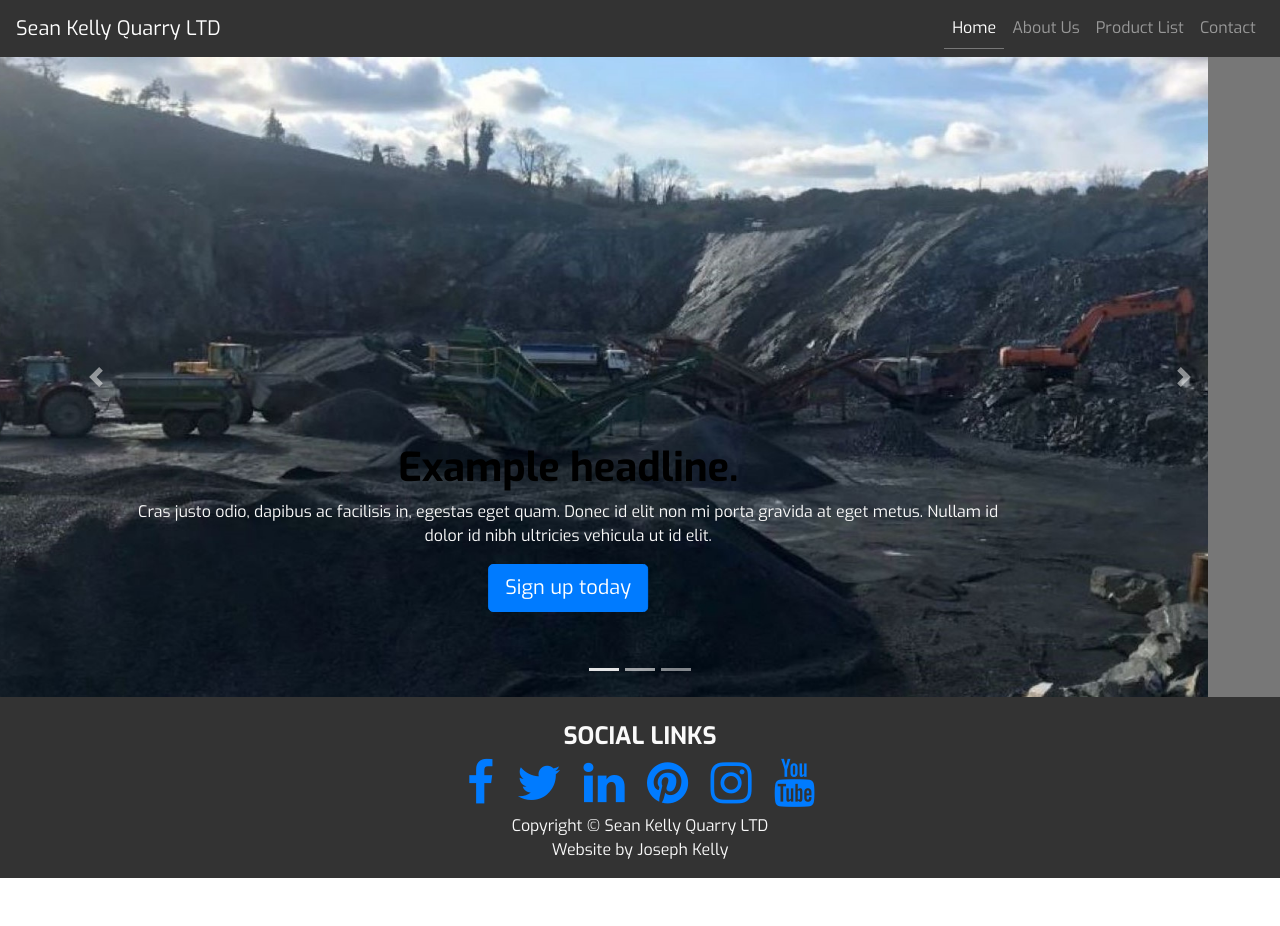
Repository: Code-Institute-Submissions/Sean-Kelly-Quarry
Page: index.html
The author's editor kept a record of every edit. The page is drawn from the files as they stood at one moment, then again after the next edit.
The browser window is 1280 px wide. The pictures show the whole page.

Above is the page before.

### index.html
<!DOCTYPE html>
<html lang="en">
<head>
    <meta charset="UTF-8">
    <meta name="viewport" content="width=device-width, initial-scale=1.0">
    <meta http-equiv="X-UA-Compatible" content="ie=edge">
    <link rel="stylesheet" href="https://stackpath.bootstrapcdn.com/bootstrap/4.4.1/css/bootstrap.min.css" type="text/css" />
    <link rel="stylesheet" href="https://stackpath.bootstrapcdn.com/font-awesome/4.7.0/css/font-awesome.min.css" type="text/css" />
    <link rel="stylesheet" href="assets/css/style.css" type="text/css" />
    <title>Sean Kelly Quarry</title>
</head>
<body>
    <header>            <!-- Navbar taken from bootstap -->
        <nav class="navbar navbar-expand-md navbar-dark navbar-custom">
            <a class="navbar-brand" href="#">Sean Kelly Quarry LTD</a>
                <button class="navbar-toggler" type="button" data-toggle="collapse" data-target="#navbarNav" aria-controls="navbarNav" aria-expanded="false" aria-label="Toggle navigation">
                <span class="navbar-toggler-icon"></span>
                </button>
            <div class="collapse navbar-collapse text-right" id="navbarNav">
                <ul class="navbar-nav ml-auto">
                    <li class="nav-item active">
                    <a class="nav-link" href="index.html">Home</a>
                    </li>
                    <li class="nav-item">
                    <a class="nav-link" href="about.html">About Us</a>
                    </li>
                    <li class="nav-item">
                    <a class="nav-link" href="product-list.html">Product List</a>
                    </li>
                    <li class="nav-item">
                    <a class="nav-link" href="contact.html">Contact</a>
                    </li>
                </ul>
            </div>
        </nav>
    </header>
        <div id="myCarousel" class="carousel slide" data-ride="carousel">
            <ol class="carousel-indicators">
              <li data-target="#myCarousel" data-slide-to="0" class="active"></li>
              <li data-target="#myCarousel" data-slide-to="1"></li>
              <li data-target="#myCarousel" data-slide-to="2"></li>
            </ol>
            <div class="carousel-inner">
              <div class="carousel-item active">
                <img src="assets/images/quarry.jpg"/>
                <div class="container">
                  <div class="carousel-caption text-left">
                    <h1>Example headline.</h1>
                    <p>Cras justo odio, dapibus ac facilisis in, egestas eget quam. Donec id elit non mi porta gravida at eget metus. Nullam id dolor id nibh ultricies vehicula ut id elit.</p>
                    <p><a class="btn btn-lg btn-primary" href="#" role="button">Sign up today</a></p>
                  </div>
                </div>
              </div>
              <div class="carousel-item">
                <svg class="bd-placeholder-img" width="100%" height="100%" xmlns="http://www.w3.org/2000/svg" preserveAspectRatio="xMidYMid slice" focusable="false" role="img"><rect width="100%" height="100%" fill="#777"/></svg>
                <div class="container">
                  <div class="carousel-caption">
                    <h1>Another example headline.</h1>
                    <p>Cras justo odio, dapibus ac facilisis in, egestas eget quam. Donec id elit non mi porta gravida at eget metus. Nullam id dolor id nibh ultricies vehicula ut id elit.</p>
                    <p><a class="btn btn-lg btn-primary" href="#" role="button">Learn more</a></p>
                  </div>
                </div>
              </div>
              <div class="carousel-item">
                <svg class="bd-placeholder-img" width="100%" height="100%" xmlns="http://www.w3.org/2000/svg" preserveAspectRatio="xMidYMid slice" focusable="false" role="img"><rect width="100%" height="100%" fill="#777"/></svg>
                <div class="container">
                  <div class="carousel-caption text-right">
                    <h1>One more for good measure.</h1>
                    <p>Cras justo odio, dapibus ac facilisis in, egestas eget quam. Donec id elit non mi porta gravida at eget metus. Nullam id dolor id nibh ultricies vehicula ut id elit.</p>
                    <p><a class="btn btn-lg btn-primary" href="#" role="button">Browse gallery</a></p>
                  </div>
                </div>
              </div>
            </div>
            <a class="carousel-control-prev" href="#myCarousel" role="button" data-slide="prev">
              <span class="carousel-control-prev-icon" aria-hidden="true"></span>
              <span class="sr-only">Previous</span>
            </a>
            <a class="carousel-control-next" href="#myCarousel" role="button" data-slide="next">
              <span class="carousel-control-next-icon" aria-hidden="true"></span>
              <span class="sr-only">Next</span>
            </a>
          </div>

    <footer class="container-fluid">               <!-- Footer inspired by UCD resume mini project with code insitute -->
        <div id="footer-details" class="row">
            <div class="col-sm">
                <h4 class="uppercase footer-info">Social Links</h4>
                <ul class="list-inline social-links">
                    <li class="list-inline-item">
                        <a target="_blank" href="#">
                            <i class="fa fa-facebook fa-3x" aria-hidden="true"></i>
                            <span class="sr-only">Facebook</span>
                        </a>
                    </li>
                    <li class="list-inline-item">
                        <a target="_blank" href="#">
                            <i class="fa fa-twitter fa-3x" aria-hidden="true"></i>
                            <span class="sr-only">Twitter</span>
                        </a>
                    </li>
                    <li class="list-inline-item">
                        <a target="_blank" href="#">
                            <i class="fa fa-linkedin fa-3x" aria-hidden="true"></i>
                            <span class="sr-only">LinkedIn</span>
                        </a>
                    </li>
                    <li class="list-inline-item">
                        <a target="_blank" href="#">
                            <i class="fa fa-pinterest fa-3x" aria-hidden="true"></i>
                            <span class="sr-only">pinterest</span>
                        </a>
                    </li>
                    <li class="list-inline-item">
                        <a target="_blank" href="#">
                            <i class="fa fa-instagram fa-3x" aria-hidden="true"></i>
                            <span class="sr-only">Instagram</span>
                        </a>
                    </li>
                    <li class="list-inline-item">
                        <a target="_blank" href="#">
                            <i class="fa fa-youtube fa-3x" aria-hidden="true"></i>
                            <span class="sr-only">Youtube</span>
                        </a>
                    </li>
                    <p class="copyright">Copyright &#169; Sean Kelly Quarry LTD</p>
                    <p>Website by Joseph Kelly</p>
                </ul>
            </div>
        </div>
    </footer>
<script src="https://code.jquery.com/jquery-3.3.1.slim.min.js" integrity="sha384-q8i/X+965DzO0rT7abK41JStQIAqVgRVzpbzo5smXKp4YfRvH+8abtTE1Pi6jizo" crossorigin="anonymous"></script>
<script src="https://cdnjs.cloudflare.com/ajax/libs/popper.js/1.14.7/umd/popper.min.js" integrity="sha384-UO2eT0CpHqdSJQ6hJty5KVphtPhzWj9WO1clHTMGa3JDZwrnQq4sF86dIHNDz0W1" crossorigin="anonymous"></script>
<script src="https://stackpath.bootstrapcdn.com/bootstrap/4.3.1/js/bootstrap.min.js" integrity="sha384-JjSmVgyd0p3pXB1rRibZUAYoIIy6OrQ6VrjIEaFf/nJGzIxFDsf4x0xIM+B07jRM" crossorigin="anonymous"></script>
</body>
</html>

### assets/css/style.css
@import url('https://fonts.googleapis.com/css?family=Exo:100,200,300,400,500,600,700|Roboto:100,200,300,400,500,600,700&display=swap');

*{
    margin: 0;
    padding: 0;
    border: 0;
}

/* ---------------------------------------------header*/

body {
    font-family: "Exo";
    color: #777777;
}

.navbar-custom {
    background-color: #333333;
}


#menu a:hover {
    border-bottom: 1px solid #777777;
}

.active {
    border-bottom: 1px solid #777777;
}

/* ---------------------------------------------hero image*/

/* GLOBAL STYLES
-------------------------------------------------- */
/* Padding below the footer and lighter body text */

body {
  padding-bottom: 3rem;
  color: #5a5a5a;
}


/* CUSTOMIZE THE CAROUSEL
-------------------------------------------------- */

/* Carousel base class */

/* Since positioning the image, we need to help out the caption */
.carousel-caption {
  bottom: 3rem;
  z-index: 10;
}

/* Declare heights because of positioning of img element */
.carousel-item {
  height: 40rem;
}
.carousel-item > img {
  position: absolute;
  top: 0;
  left: 0;
  min-width: 100%;
  height: 40rem;
}


/* MARKETING CONTENT
-------------------------------------------------- */

/* Center align the text within the three columns below the carousel */
.marketing .col-lg-4 {
  margin-bottom: 1.5rem;
  text-align: center;
}
.marketing h2 {
  font-weight: 400;
}
.marketing .col-lg-4 p {
  margin-right: .75rem;
  margin-left: .75rem;
}


/* Featurettes
------------------------- */

.featurette-divider {
  margin: 5rem 0; /* Space out the Bootstrap <hr> more */
}

/* Thin out the marketing headings */
.featurette-heading {
  font-weight: 300;
  line-height: 1;
  letter-spacing: -.05rem;
}


/* RESPONSIVE CSS
-------------------------------------------------- */

@media (min-width: 40em) {
  /* Bump up size of carousel content */
  .carousel-caption h3 {
    margin-bottom: 20rem;
    font-size: 2rem;
    line-height: 1.4;
  }

  .featurette-heading {
    font-size: 50px;
  }
}

@media (min-width: 62em) {
  .featurette-heading {
    margin-top: 7rem;
  }
}

/* ---------------------------------------------about/meet*/

h1, h3, h2, h4, h5 {
    font-family: "Exo", sans-serif;
    font-weight: bold;
    text-align: center;
    color: #000000;
}

.about-heading {
    border-bottom: 1px solid;
    margin-left: 150px;
    margin-right: 150px;
    margin-top: 20px;
    padding-bottom: 10px;
}

.about {
    color: #000000;
    padding-top: 10px;
    text-align: center;
    overflow: hidden;
}

.about-info {
    margin-left: 15px;
    margin-right: 15px;
    padding-bottom: 10px;
}

.our-team {
    margin-top: 10px;
    padding-bottom: 20px;
}

.team {
   margin-top: 5px;
   margin-bottom: 5px;
   color: #000000;
   font-family: "Exo", sans-serif;
}



.meet-icon {
    margin-top: 5px;
    margin-bottom: 5px;
}

.history {
    color: #000000;
    margin-left: 40px;
    margin-right: 40px;
}

.who-we-are {
    color: #000000;
    margin-left: 40px;
    margin-right: 40px;
}

.what-we-do {
    color: #000000;
    margin-left: 40px;
    margin-right: 40px;
}

.heading {
    padding-top: 10px;
}


/* ---------------------------------------------footer*/

footer {
    color: #fafafa;
    padding-top: 25px;
    background-color: #333333;
    display: inline-block;
}

.footer-info {
    font-weight: bold;
    text-align: center;
    color: #fafafa
}

.list-inline-item {
    margin-left: 10px;
    margin-right: 10px;
}

.uppercase {
    text-transform: uppercase;
}

.social-links {
    text-align: center;
    color: #fafafa;
}

p {
    text-align: center;
    color: #fafafa;
}

.copyright {
    padding-top: 7px;
    margin-bottom: 0;
}

/* ---------------------------------------------product list/order form*/

.table {
    width: 70%;
    margin-left: auto;
    margin-right: auto;
    margin-top: 20px;
    margin-bottom: 20px;
    color: #000000;
    border-collapse: collapse;
}

table, th, td {
  border: 1px solid black;
  text-align: center;
}

.product-heading {
    margin-top: 30px;
    color: #000000;
}

.product-note {
    font-size: large;
    color: #000000;
}

.product-disclaimer {
    color: #f88037;
    text-align: center;
    padding-bottom: 20px;
}

.order-form {
    font-family: "Exo", sans-serif;
    color: #000000;
    padding-top: 20px;
    display: block;
    text-align: center;
}

/* ---------------------------------------------contact*/

.contact-info {
    font-family: "Exo", sans-serif;
    color: #000000;
    text-align: center;
    margin-top: 30px;
    margin-right: 40px;
}

.contact-details {
    color: #000000;
    margin-right: 40px;
}


button[type="submit"] {
    margin-top: 15px;
    margin-bottom: 20px;
    color: #fafafa;
    background-color: #e84610;
}


.form {
    display: inline-block;
    margin-left: 15%;
    margin-right: 15%;
    width: 70%;
}

.input-query {
    margin-top: 20px;
    margin-bottom: 20px;
}

.input {
    margin-top: 10px;
    margin-bottom: 10px;
}

.contact-section {
    margin-top: 25px;
    padding-bottom: 20px;
}


.form-section {
    padding-top: 20px;
}

/* ---------------------------------------------media queries*/

@media(min-width: 992px) {
    .center-form {
        padding-top: 30px;
        min-height: 240px;
        margin: 0 auto;
        max-width: 50%;
    }
}

After the next edit:
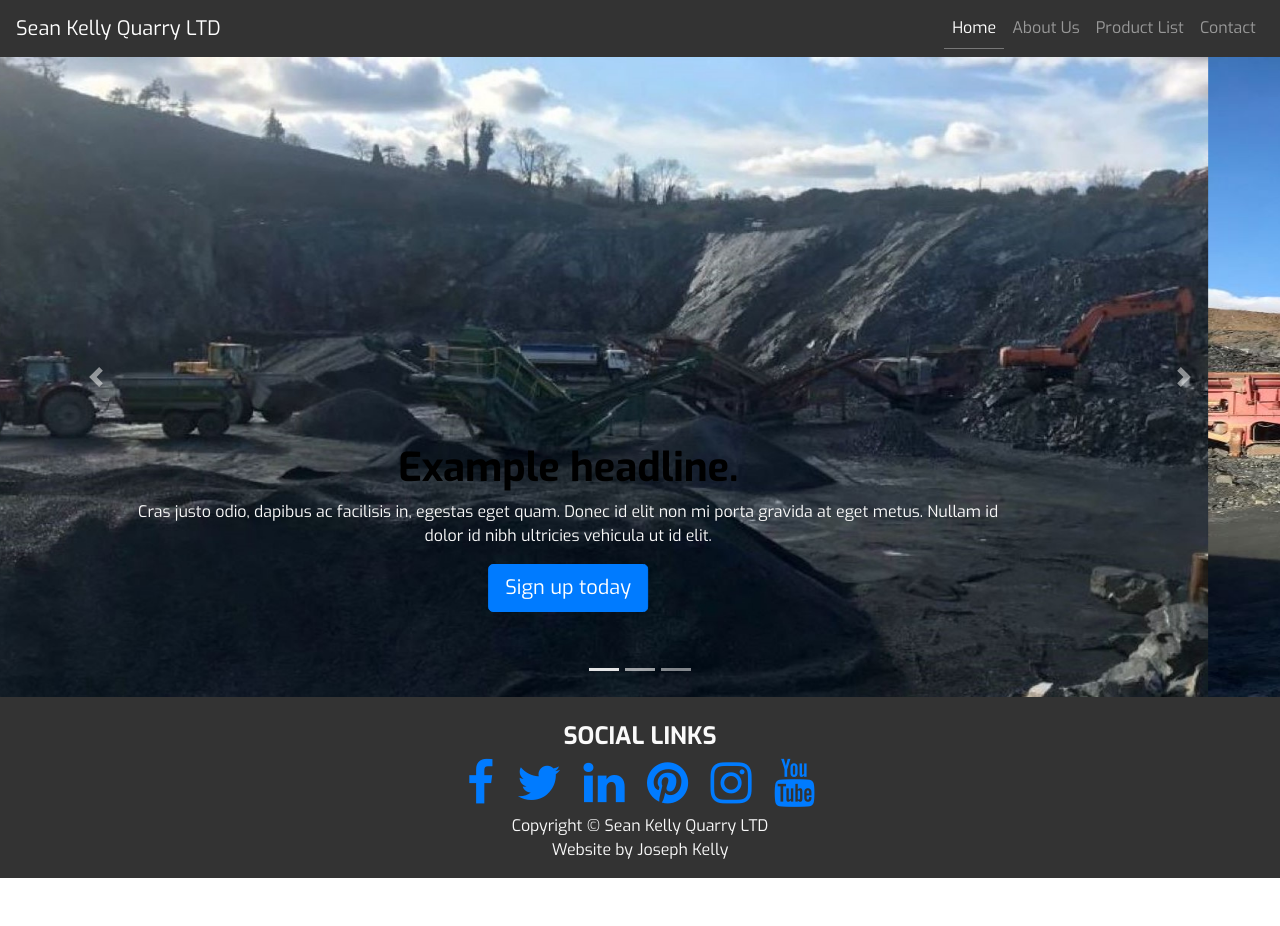
The edit:
--- a/index.html
+++ b/index.html
@@ -52,7 +52,7 @@
                 </div>
               </div>
               <div class="carousel-item">
-                <svg class="bd-placeholder-img" width="100%" height="100%" xmlns="http://www.w3.org/2000/svg" preserveAspectRatio="xMidYMid slice" focusable="false" role="img"><rect width="100%" height="100%" fill="#777"/></svg>
+                <img src="assets/images/quarry1.jpg"/>
                 <div class="container">
                   <div class="carousel-caption">
                     <h1>Another example headline.</h1>
